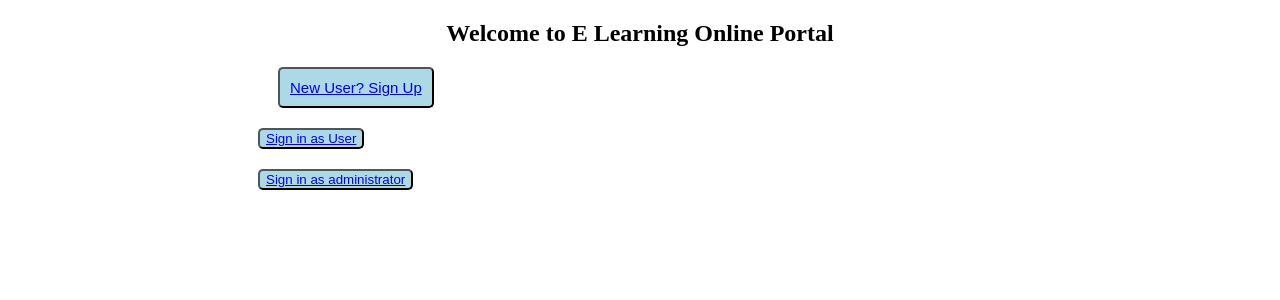
Repository: ShreyasG27/Amdocs-Training
Page: http://localhost/e-learning-frontend/
These files come from the project's save history. The page is drawn as it stood at one moment and after the next save; the edit follows.
The browser window is 1280 px wide. The pictures show the whole page.
The page is served by Tomcat 9.

Above is the page before, as saved 2021-08-22 12:29:19.

After the next save:
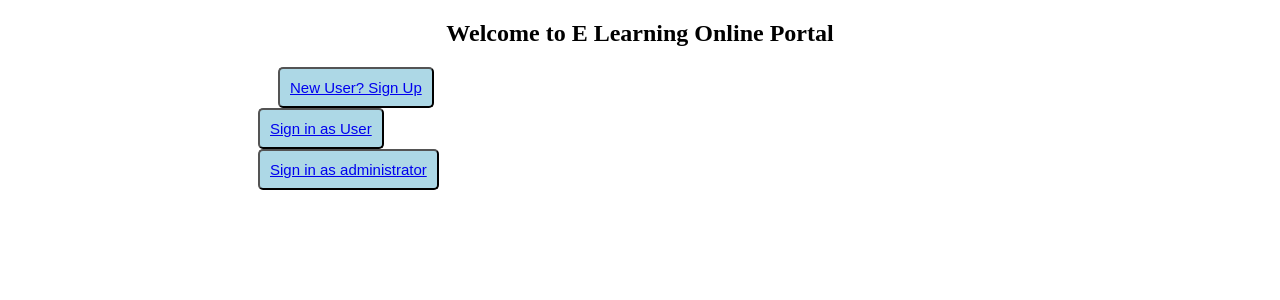
Saved 26 s later.
--- a/e-learning-frontend/src/main/webapp/index.jsp
+++ b/e-learning-frontend/src/main/webapp/index.jsp
@@ -7,10 +7,12 @@
 <title>eLearning Online Portal</title>
 <style>
 .signinbutton{
-	margin-top: 20px;
-	background-color: lightblue;
-	border-radius: 5px;
-	margin-left: 250px;
+	margin-left:250px;
+	padding:10px;
+	font-size:15px;
+	color: midnightblue;
+	background-color:lightblue;
+	border-radius:5px;
 }
 .registerbutton{
 	margin-left:270px;
